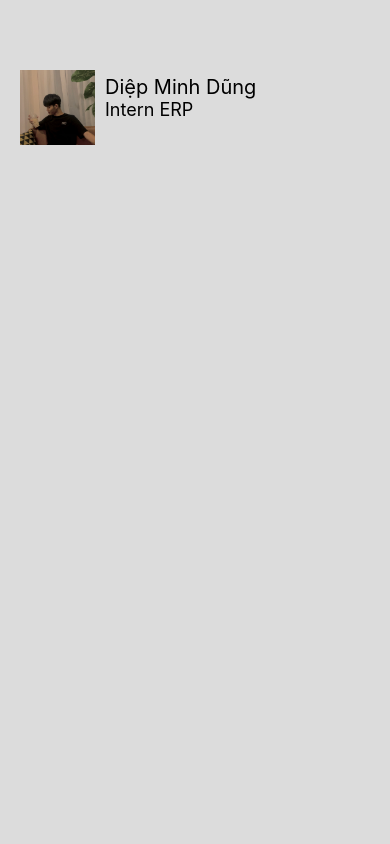
Repository: diepdung02/AppPTC
Screen: /Home
An editor plug-in stored every save of this project. The screen is shown before and after the next save, followed by the edit.
The app was drawn by React Native's web renderer in a window 390 px wide. The project was rebuilt for these pictures with package versions that can differ from the ones it lists, and the page was loaded fresh each time.

Above is the screen before, as saved 2024-06-29 13:13:30.

After the next save:
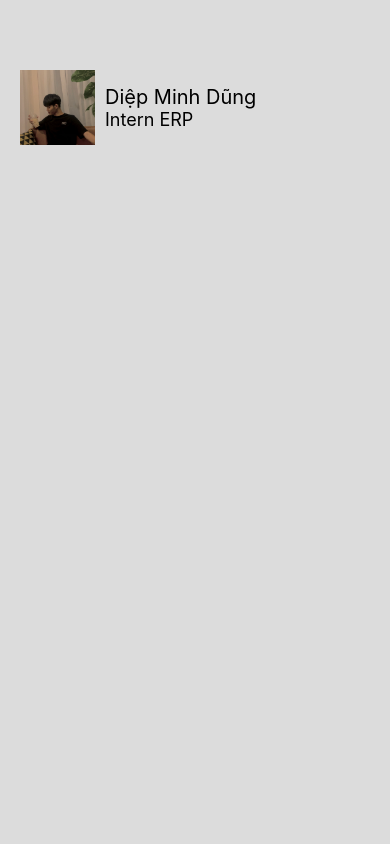
Saved 10 s later.
--- a/screen/home/HomeScreen.tsx
+++ b/screen/home/HomeScreen.tsx
@@ -32,7 +32,7 @@ const styles = StyleSheet.create({
     alignItems:"center"
   },
   txtInfor:{
-    marginTop:50,
+    marginTop:70,
     paddingLeft:10,
   },
   txtName:{
